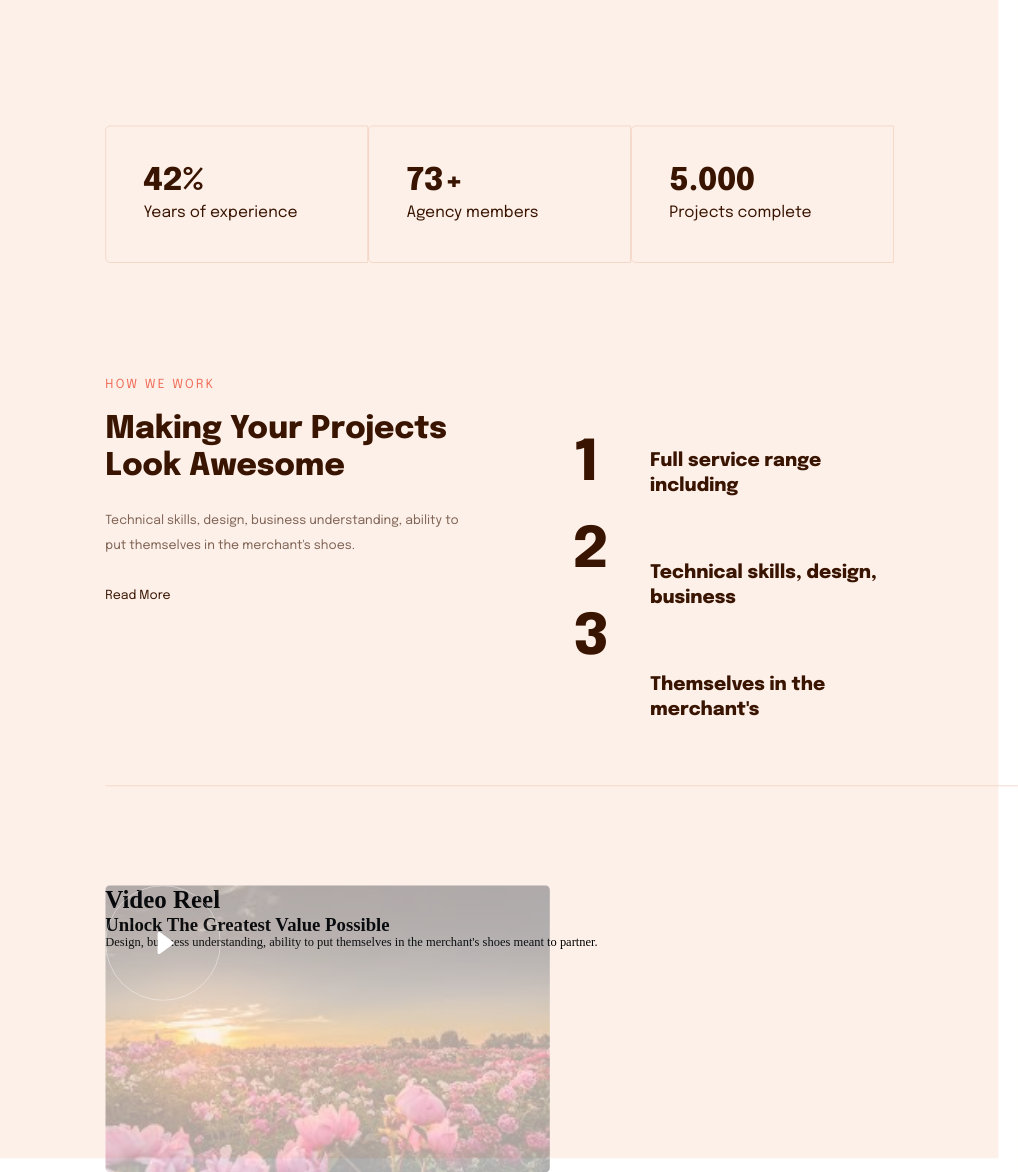
Repository: AytacJafarova/task2
Page: index.html
The author's editor kept a copy of each file at every save. The page is drawn from the files as they stood at one save, then again after a run of saves.
The browser window is 1280 px wide. The page is 1305 px wide, so the pictures cover 1305 px, including what lies to the right of the window. The pictures show the whole page, at 78% of full size.

Above is the page before, as saved 2023-08-01 14:01:56.

After the next 2 saves:
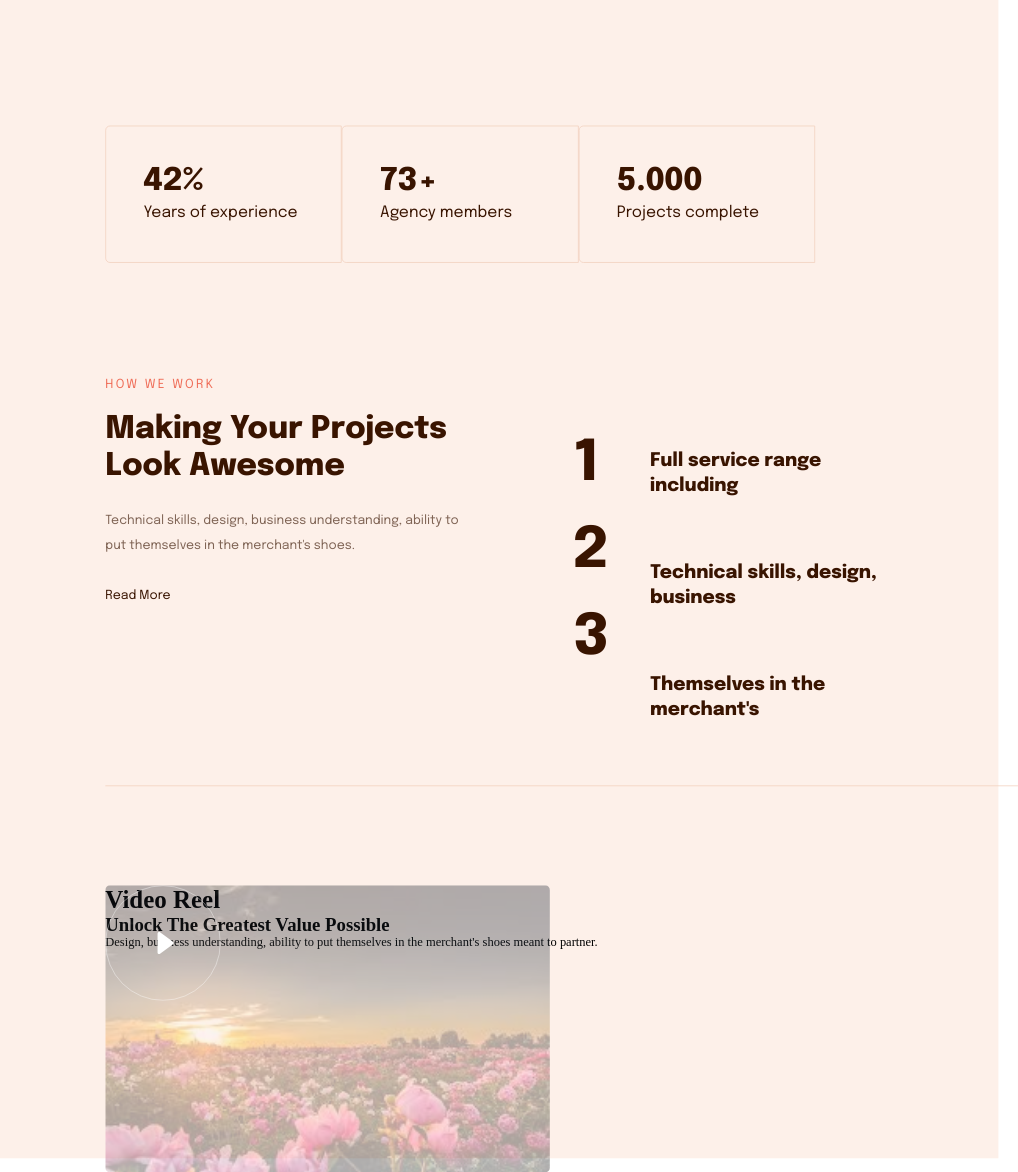
The 2 saves are shown as one change because they came seconds apart.
The last was saved 42 s later.
--- a/index.css
+++ b/index.css
@@ -18,7 +18,7 @@
     list-style-type: none;
     border-radius: 6px 0px 0px 6px;
 border: 1px solid #F3D1BF;
-width: 391px;
+width: 30%;
 height: 176px;
 padding-left: 48px;
 }
